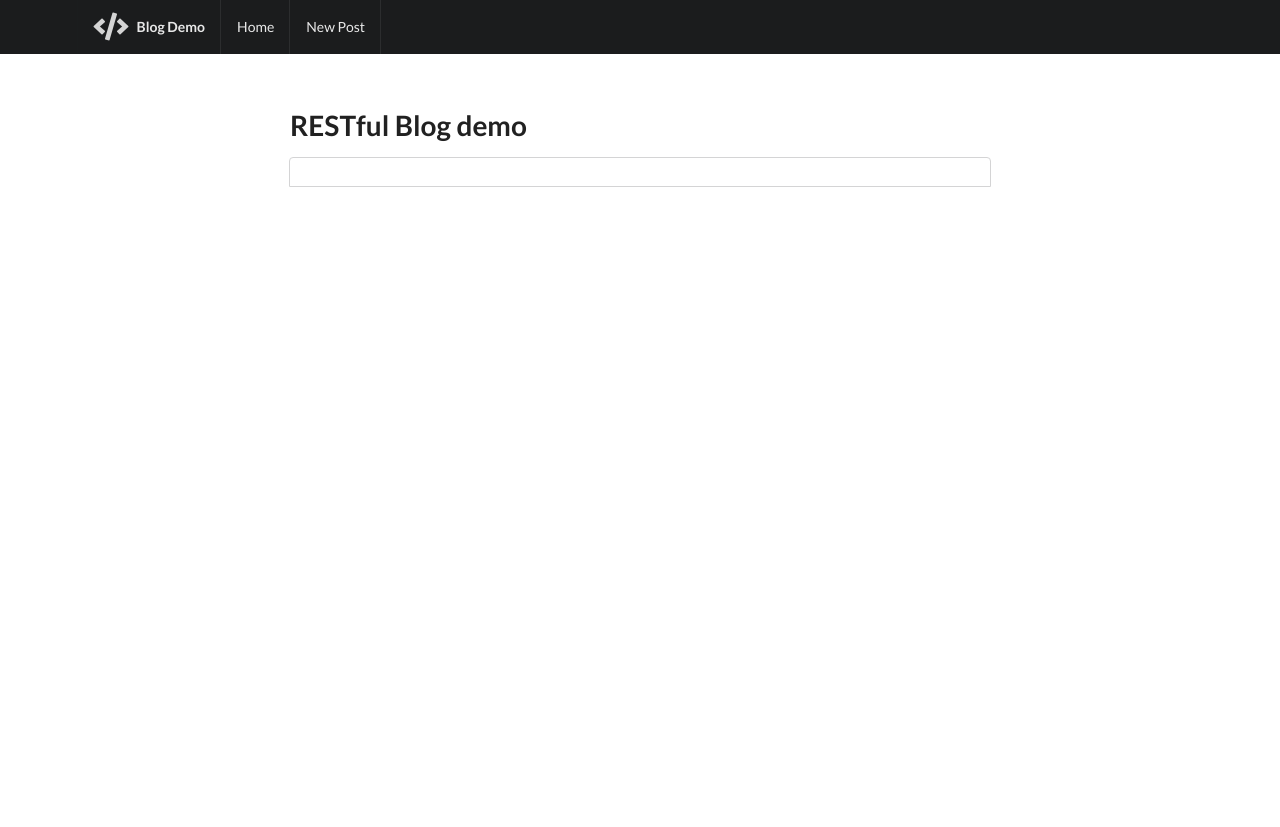
Repository: Puritanic/node_projects
Page: http://localhost/blogs
The author's editor kept a record of every edit. The page is drawn from the files as they stood at one moment, then again after the next edit.
The browser window is 1280 px wide. The pictures show the whole page.
Some web libraries are served in a nearby version. The page is served by the project's Node server (blog_app/app.js). Queries for data that is not in the repository find no rows.

Above is the page before.

After the next edit:
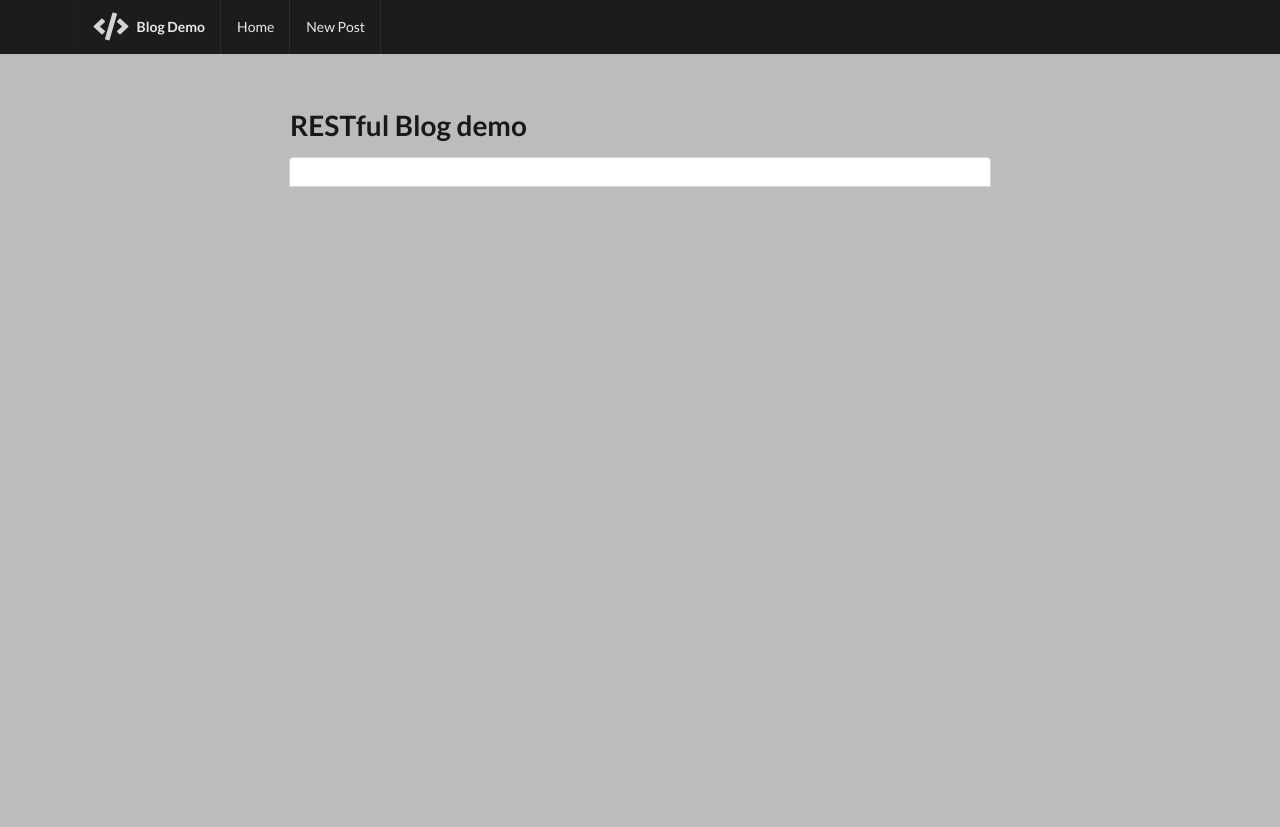
The edit:
--- a/blog_app/public/stylesheets/app.css
+++ b/blog_app/public/stylesheets/app.css
@@ -8,3 +8,6 @@ i.icon {
 #delete {
     display:inline;
 }
+body {
+    background:#BDBCBA;
+}
